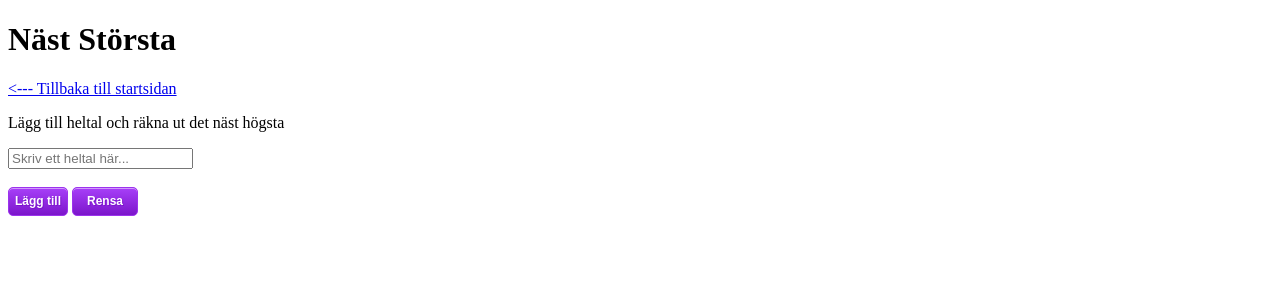
Repository: CarroForslund/laboration-1-1dv404
Page: naststorsta/index.html
The author's editor kept a record of every edit. The page is drawn from the files as they stood at one moment, then again after the next edit.
The browser window is 1280 px wide. The pictures show the whole page.

Above is the page before.

After the next edit:
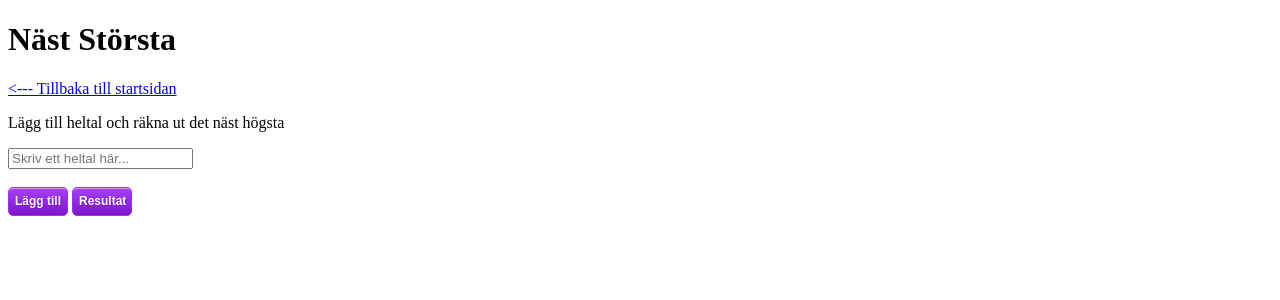
The edit:
--- a/naststorsta/index.html
+++ b/naststorsta/index.html
@@ -12,7 +12,7 @@
  		    <p>Lägg till heltal och räkna ut det näst högsta</p>
  			<input type="text" id="string" placeholder="Skriv ett heltal här..." /><br /><br />
  			<input id="send" type="submit" class="button" value="Lägg till" />
- 			<input id="erase" type="erase" class="button" value="Rensa" />
+ 			<input id="result" type="submit" class="button" value="Resultat" />
  			<p id="value"></p>
 		</form>
 
